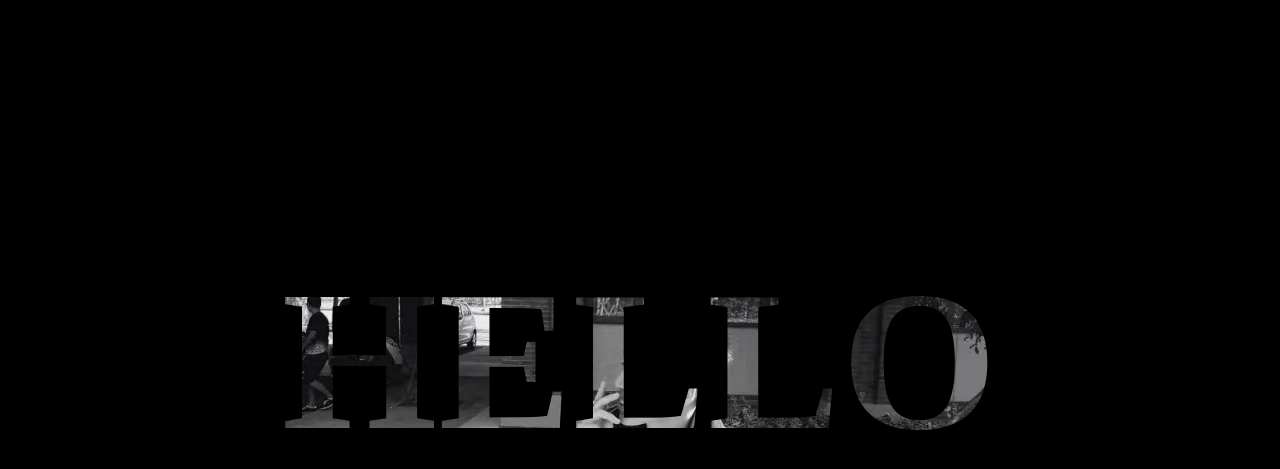
Repository: nishuiwei/nishuiwei.github.io
Page: background.html
The author's editor kept a copy of each file at every save. The page is drawn from the files as they stood at one save, then again after the next save.
The browser window is 1280 px wide. The pictures show the whole page.

Above is the page before, as saved 2019-12-19 16:24:31.

### background.html
<!DOCTYPE html>
<html lang="en">

<head>
  <meta charset="UTF-8">
  <meta name="viewport" content="width=device-width, initial-scale=1.0">
  <meta http-equiv="X-UA-Compatible" content="ie=edge">
  <meta name="卫慧杰" content="w920098695@sina.cn" />
  <meta name="keywords" content="your tags" />
  <meta name="description" content="your description" />
  <meta http-equiv="X-UA-Compatible" content="ie=edge">
  <meta name="COPYRIGHT" content="卫慧杰">
  <title>Document</title>
  <style>
    body {
      margin: 0px;
      padding: 0px;
      font-family: "黑体";
      background: #000;
    }

    h1 {
      font-size: 200px;
      text-transform: uppercase;
      /*定义文本中的大小写，uppercase仅有大写字母 */
      font-weight: 900;
      /*定义文本的粗细，从100~900*/
      letter-spacing: 1px;
      /*设置字母间距*/
      position: absolute;
      top: 50%;
      left: 50%;
      transform: translate(-50%, -50%);
      /*position & transform: translate(-50%, -50%)
    实现块元素百分比下居中*/
      margin: 0;
      background: url(./bg1.jpg) 50% 50%;
      /*背景图片路径和size大小*/
      background-size: cover;
      /*此时会保持图像的纵横比*/
      /*并将图像缩放成将完全覆盖背景定位区域的最小大小。*/
      -webkit-text-fill-color: transparent;
      /*text-fill-color是设置指定文字的填充颜色，transparent透明*/
      -webkit-background-clip: text;
      /*背景绘制在text区域内，剪切成文字形状*/
    }
  </style>
</head>

<body>
  <div class="container">
      <h1>hello</h1>
  </div>
</body>

</html>

After the next save:
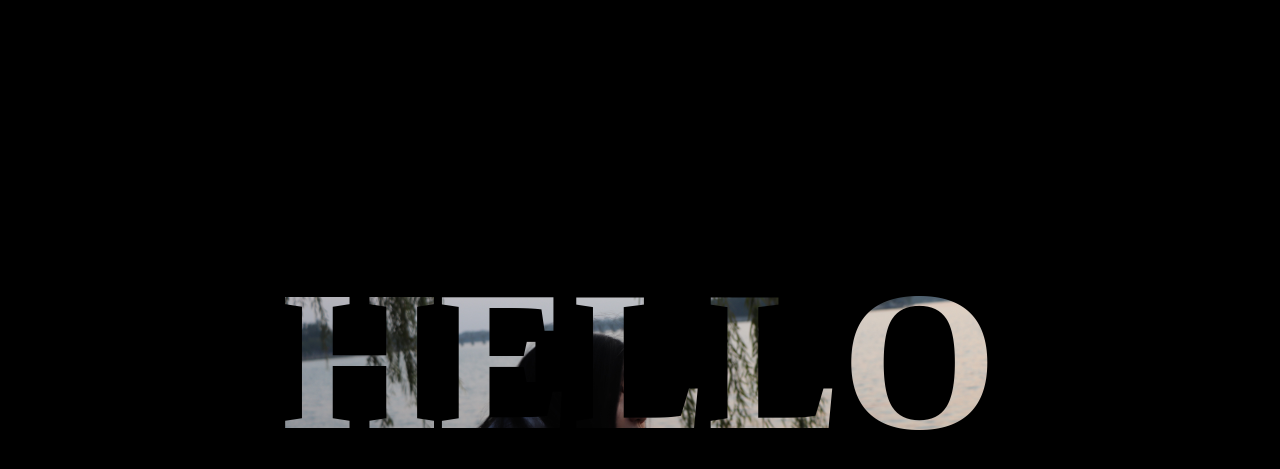
Saved 20 s later.
--- a/background.html
+++ b/background.html
@@ -34,7 +34,7 @@
       /*position & transform: translate(-50%, -50%)
     实现块元素百分比下居中*/
       margin: 0;
-      background: url(./bg1.jpg) 50% 50%;
+      background: url(./bg.jpg) 50% 50%;
       /*背景图片路径和size大小*/
       background-size: cover;
       /*此时会保持图像的纵横比*/

After the 2 saves that followed:
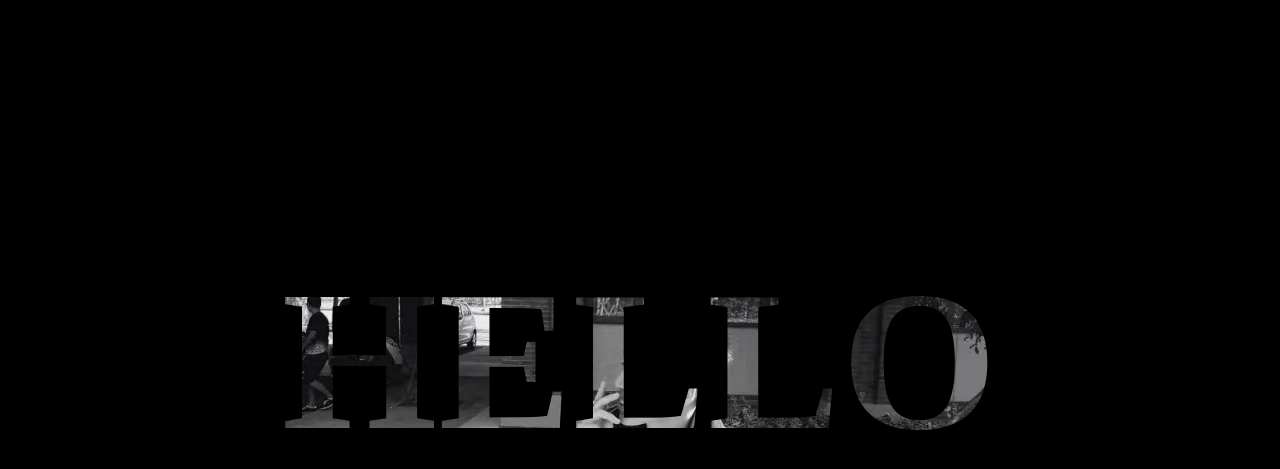
The 2 saves are shown as one change because they came seconds apart.
The last was saved 14 s later.
--- a/background.html
+++ b/background.html
@@ -34,7 +34,7 @@
       /*position & transform: translate(-50%, -50%)
     实现块元素百分比下居中*/
       margin: 0;
-      background: url(./bg.jpg) 50% 50%;
+      background: url(./bg1.jpg) 50% 50%;
       /*背景图片路径和size大小*/
       background-size: cover;
       /*此时会保持图像的纵横比*/
